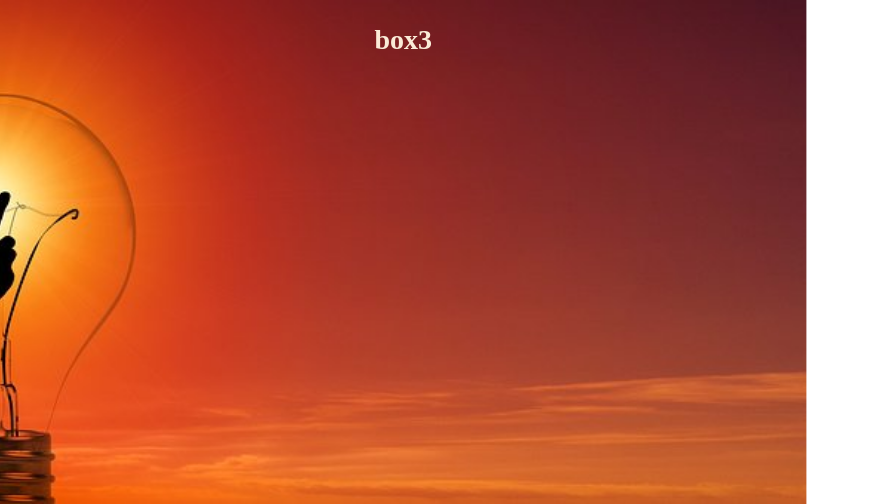
Repository: NavinDayanithi/static-web-design-competition
Page: index.html
An editor plug-in stored every save of this project. The page is shown before and after the next save, followed by the edit.
The browser window is 1280 px wide. The pictures show the part of the page from y = 1520 to 3420 px (the page is 2240 px tall before and 8000 px after), at 70% of full size.
Backgrounds fixed to the window are drawn as part of the page.

Above is the page before, as saved 2023-04-28 20:16:54.

After the next save:
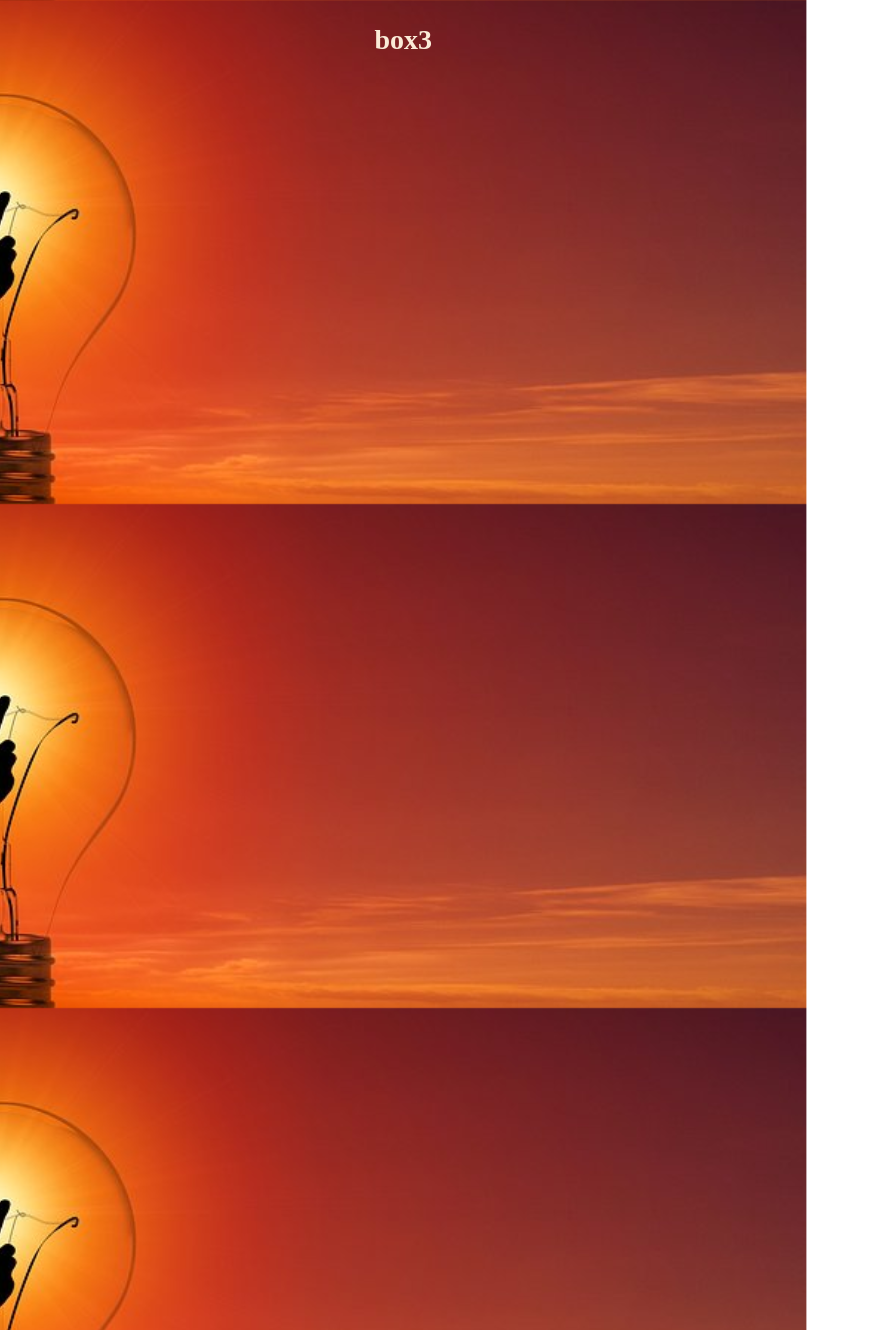
Saved 9 s later.
--- a/styles.css
+++ b/styles.css
@@ -42,7 +42,7 @@ head{
 }
 
 .box3{
-    height: 100vh;
+    height: 900vh;
     width:90%;
     background-image: url(img3.jpg);
     background-size: cover;
